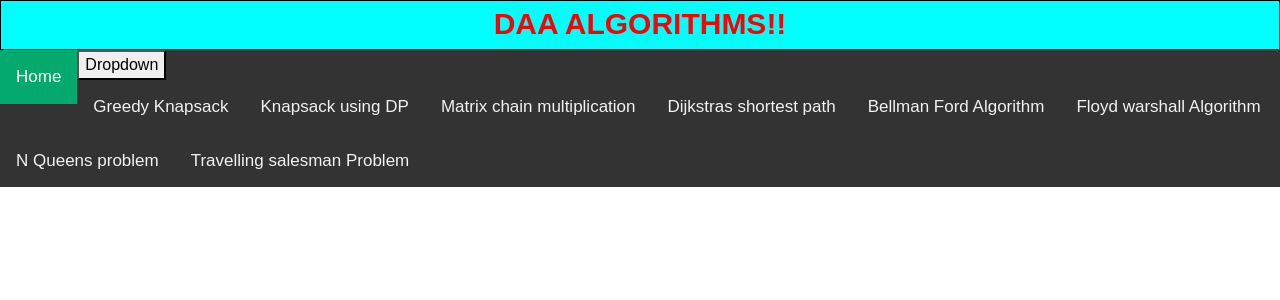
Repository: vinaybabu3962/ALGORITHMIC-TOOLBOX
Page: DAA_WT/webapp/index.html
An editor plug-in stored every save of this project. The page is shown before and after the next save, followed by the edit.
The browser window is 1280 px wide. The pictures show the whole page.

Above is the page before, as saved 2021-07-06 13:55:06.

After the next save:
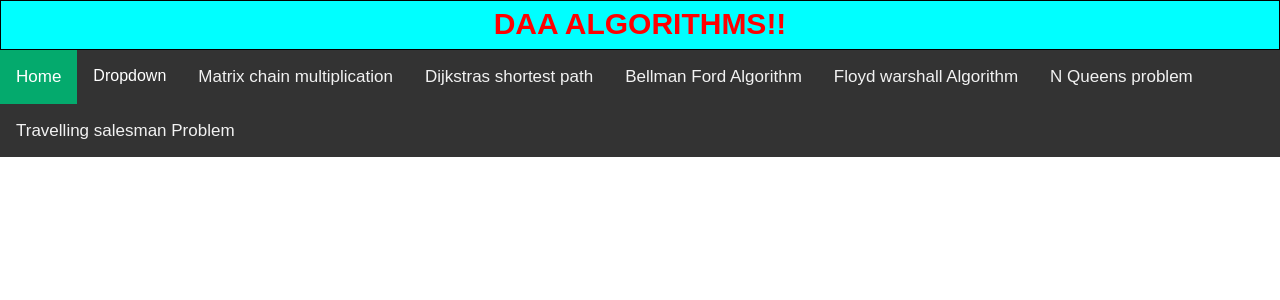
Saved 38 s later.
--- a/DAA_WT/webapp/index.html
+++ b/DAA_WT/webapp/index.html
@@ -36,6 +36,51 @@ body {
   background-color: #04AA6D;
   color: white;
 }
+.dropdown {
+  float: left;
+  overflow: hidden;
+}
+
+.dropdown .dropbtn {
+  font-size: 16px;
+  border: none;
+  outline: none;
+  color: white;
+  padding: 14px 16px;
+  background-color: inherit;
+  font-family: inherit;
+  margin: 0;
+}
+
+.navbar a:hover, .dropdown:hover .dropbtn {
+  background-color: red;
+}
+
+.dropdown-content {
+  display: none;
+  position: absolute;
+  background-color: #f9f9f9;
+  min-width: 160px;
+  box-shadow: 0px 8px 16px 0px rgba(0,0,0,0.2);
+  z-index: 1;
+}
+
+.dropdown-content a {
+  float: none;
+  color: black;
+  padding: 12px 16px;
+  text-decoration: none;
+  display: block;
+  text-align: left;
+}
+
+.dropdown-content a:hover {
+  background-color: #ddd;
+}
+
+.dropdown:hover .dropdown-content {
+  display: block;
+}
 </style>
 </head>
 <body>
@@ -50,7 +95,7 @@ body {
     </button>
     <div class="dropdown-content">
 		<a href="GreedyKnapsack.html">Greedy Knapsack</a>
-  <a href="KnapSackDP.html">Knapsack using DP</a>
+  		<a href="KnapSackDP.html">Knapsack using DP</a>
 
     </div>
   </div>
